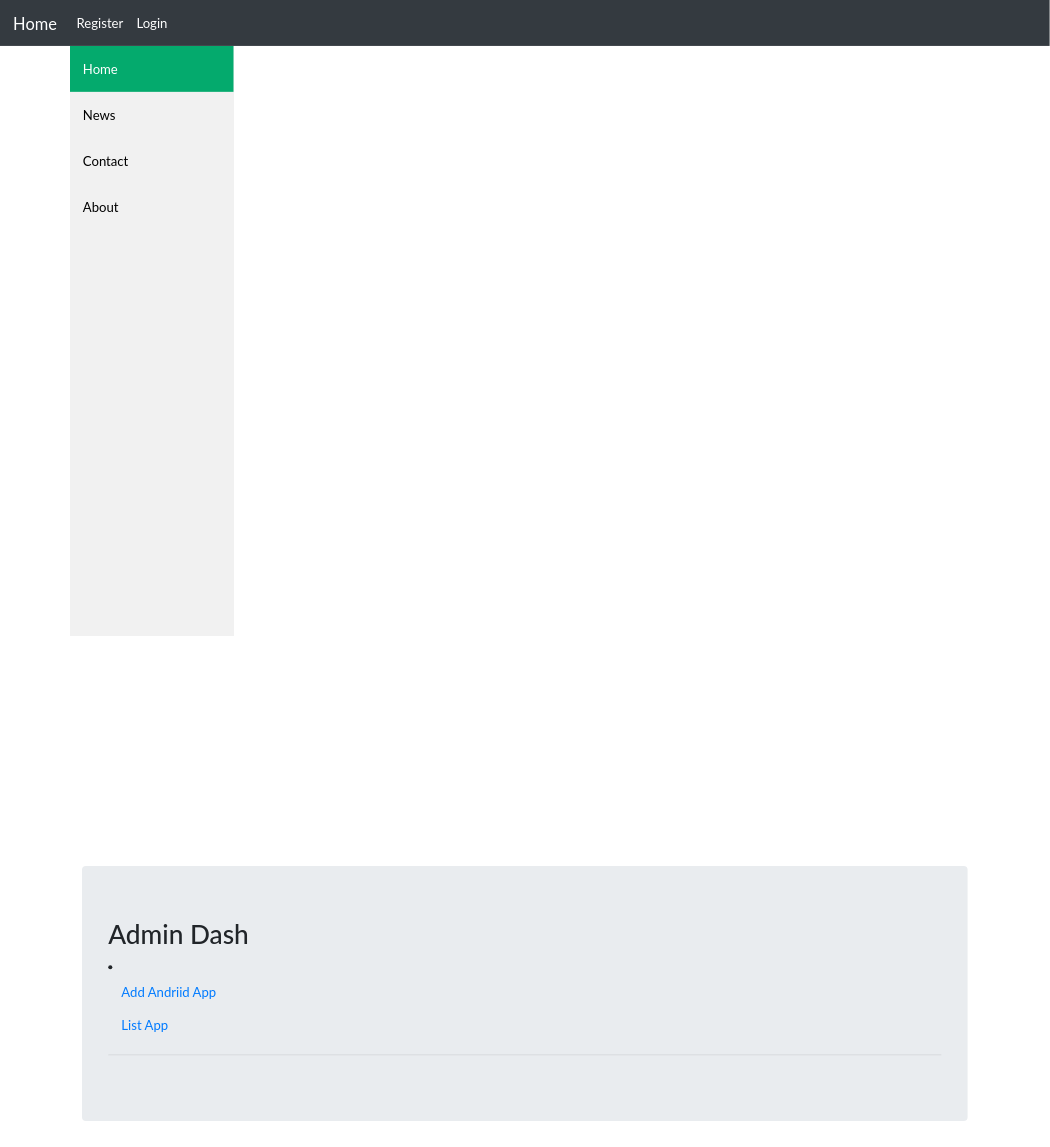
Repository: prabhat8701/nextgrowth_lab_task-main
Page: http://localhost/adminDash/
The author's editor kept a copy of each file at every save. The page is drawn from the files as they stood at one save, then again after a run of saves.
The browser window is 1280 px wide. The pictures show the whole page, at 82% of full size.
The page is served by the project's application, run on Django 4.2 (manage.py). Other server files are loaded and not shown.

Above is the page before, as saved 2023-07-31 18:13:58.

### nextgrowAi/SET_2/next_project/templates/gradesApp/adminDash.html
{% extends 'gradesApp/base1.html' %}
{% block body_block %}
<style>
    body {
      margin: 0;
      font-family: "Lato", sans-serif;
    }

    .sidebar {
      margin: 0;
      padding: 0;
      width: 200px;
      background-color: #f1f1f1;
      position: fixed;
      height: 100%;
      overflow: auto;
    }

    .sidebar a {
      display: block;
      color: black;
      padding: 16px;
      text-decoration: none;
    }

    .sidebar a.active {
      background-color: #04AA6D;
      color: white;
    }

    .sidebar a:hover:not(.active) {
      background-color: #555;
      color: white;
    }

    div.content {
      margin-left: 200px;
      padding: 1px 16px;
      height: 1000px;
    }

    @media screen and (max-width: 700px) {
      .sidebar {
        width: 100%;
        height: auto;
        position: relative;
      }
      .sidebar a {float: left;}
      div.content {margin-left: 0;}
    }

    @media screen and (max-width: 400px) {
      .sidebar a {
        text-align: center;
        float: none;
      }
    }
</style>

<body>

    <div class="sidebar">
      <a class="active" href="#home">Home</a>
      <a href="#news">News</a>
      <a href="#contact">Contact</a>
      <a href="#about">About</a>
    </div>

    <div class="content">

    </div>

    </body>

<div class="container">
    <div class="jumbotron">
        <h2>Admin Dash</h2>
        <li class="nav-item active">
            <a class="nav-link" href="{% url 'add_android_app' %}">Add Andriid App</a>
            <a class="nav-link" href="{% url 'app_list' %}">List App</a>

        </li>
        <hr>
    </div>
</div>


{% endblock %}

### nextgrowAi/SET_2/next_project/templates/gradesApp/base1.html
<!DOCTYPE html>
<html lang="en">
<head>
    <meta charset="UTF-8">
    <meta name="viewport" content="width=device-width, initial-scale=1.0">
    <meta http-equiv="X-UA-Compatible" content="ie=edge">
    <title>myGrades</title>
    <link rel="stylesheet" href="https://stackpath.bootstrapcdn.com/bootstrap/4.3.1/css/bootstrap.min.css" integrity="sha384-ggOyR0iXCbMQv3Xipma34MD+dH/1fQ784/j6cY/iJTQUOhcWr7x9JvoRxT2MZw1T" crossorigin="anonymous">
</head>
<body>
    <nav class="navbar navbar-expand-sm navbar-dark bg-dark">
        <a class="navbar-brand" href="{% url 'index' %}">Home</a>
        <button class="navbar-toggler d-lg-none" type="button" data-toggle="collapse" data-target="#collapsibleNavId" aria-controls="collapsibleNavId"
            aria-expanded="false" aria-label="Toggle navigation"></button>
        <div class="collapse navbar-collapse" id="collapsibleNavId">
            <ul class="navbar-nav mr-auto mt-2 mt-lg-0">
                <li class="nav-item active">
                    <!-- <a class="nav-link" href="{% url "admin:index" %}">Admin</a> -->
                </li>
                <li class="nav-item active">
                    <a class="nav-link" href="{% url 'register' %}" role="button">Register</a>

                </li>
                {% if user.is_authenticated %}
                    <!-- <li class="nav-item active">
                        <a class="nav-link" href="{% url 'dashboard' %}">Dashboard</a>

                    </li> -->
                    <li class="nav-item active">
                        <a class="nav-link" href="{% url 'logout' %}">Logout</a>
                    </li>
                {% else %}
                    <li class="nav-item active">

                        <a class="nav-link" href="{% url 'userLogin' %}">Login</a>

                    </li>
                {% endif %}

            </ul>

        </div>
    </nav>
    <div class="container">
        {% block body_block %}
        {% endblock %}
    </div>
</body>
</html>

### nextgrowAi/SET_2/next_project/next_app/views.py
from django.shortcuts import render

# Create your views here.
from django.shortcuts import render

# Create your views here.
from django.shortcuts import render,redirect
from next_app.forms import Admin_User_Form,Common_User_Form,Admin_User_AddForm,Common_User_AddForm,AndroidAppForm
from django.http import HttpResponse,HttpResponseRedirect
from django.contrib.auth.decorators import login_required
from django.urls import reverse
from django.contrib.auth import authenticate,login,logout
from next_app.models import Admin_User,Common_User,AndroidApp
from django.contrib.auth.models import User

# Create your views here.

def index(request):
    return render(request,'gradesApp/index.html')


@login_required
def userLogout(request):
    logout(request)
    return HttpResponseRedirect(reverse('index'))


def register(request):
    return render(request,'gradesApp/register.html')

def registeradmin(request):
    registered=False
    if request.method=='POST':
        var_adminForm=Admin_User_Form(request.POST)
        var_adminAddForm=Admin_User_AddForm(request.POST)
        if var_adminForm.is_valid()and var_adminAddForm.is_valid():
            adminprimary=var_adminForm.save()
            adminprimary.set_password(adminprimary.password)
            adminprimary.save()
            adminAdd=var_adminAddForm.save(commit=False)
            adminAdd.admin_user=adminprimary
            adminAdd.save()
            registered=True
    else:
        var_adminForm=Admin_User_Form()
        var_adminAddForm=Admin_User_AddForm()
    data={
        'var_adminForm':var_adminForm,
        'var_adminAddForm':var_adminAddForm,
        'registered':registered
        }
    return render(request,'gradesApp/registeradmin.html',data)


def registeruser(request):
    registered=False
    if request.method=='POST':
        var_userForm=Common_User_Form(request.POST)
        var_userAddForm=Common_User_AddForm(request.POST)
        if var_userForm.is_valid()and var_userAddForm.is_valid():
            userprimary=var_userForm.save()
            userprimary.set_password(userprimary.password)
            userprimary.save()
            userAdd=var_userAddForm.save(commit=False)
            userAdd.common_user=userprimary
            userAdd.save()
            registered=True
    else:
        var_userForm=Common_User_Form()
        var_userAddForm=Common_User_AddForm()
    data={
        'var_userForm':var_userForm,
        'var_userAddForm':var_userAddForm,
        'registered':registered}
    return render(request,'gradesApp/registeruser.html',data)

def userLogin(request):
    invalidlogin=False
    if request.method=='POST':
        username=request.POST.get('username')
        password=request.POST.get('password')
        user=authenticate(username=username,password=password)
        if user:
            if user.is_active:
                login(request,user)
                return HttpResponseRedirect(reverse('index'))
            else:
                return HttpResponse('Account not active')
        else:
            invalidlogin=True
            return redirect('/gradesApp/login/')
    else:
        return render(request,'gradesApp/login.html',{'invalidlogin':invalidlogin})


# from django.shortcuts import render, redirect
# from .models import Admin_User, Common_User
# from django.contrib.auth.decorators import login_required

@login_required
def dashboard(request):
    print("request",request.user)
    try:
        current=Admin_User.objects.get(admin_user=request.user)
        print("current",current)
        is_admin_user = True
    except Admin_User.DoesNotExist:
        current=Common_User.objects.get(common_user=request.user)
        print("current",current)
        is_admin_user = False

    if is_admin_user:
        return redirect('/adminDash/')
    else:
        return redirect('/userDash/')
    return render(request,'gradesApp/dashboard.html')




from django.shortcuts import render, redirect
from .models import Admin_User, Common_User
from django.contrib.auth.decorators import login_required


# @login_required
# def dashboard(request):
#     print("request", request.user)
#     try:
#         # Try to fetch the Admin_User object for the current user
#         current = Admin_User.objects.get(admin_user=request.user)
#         is_admin_user = True
#     except Admin_User.DoesNotExist:
#         # If Admin_User object is not found, try fetching Common_User object
#         try:
#             current = Common_User.objects.get(common_user=request.user)
#             is_admin_user = False
#         except Common_User.DoesNotExist:
#             # If neither Admin_User nor Common_User object is found, handle the situation here
#             # For example, you might want to redirect to a page showing an error message
#             return render(request, 'gradesApp/error.html')

    # if is_admin_user:
    #     return redirect('/studentDash/')
    # else:
    #     return redirect('/teacherDash/')




def adminDash(request):
    return render(request,'gradesApp/adminDash.html')

def userDash(request):
    return render(request,'gradesApp/userDash.html')

def add_android_app(request):
    if request.method == 'POST':
        print("f1")

        # form = AndroidAppForm(request.POST)
        form = AndroidAppForm(request.POST, request.FILES)
        print("f12")
        if form.is_valid():
            print("f3")
            form.save()
            return redirect('app_list')
    else:
        print("f")
        form = AndroidAppForm()
    return render(request, 'gradesApp/add_android_app.html', {'form': form})

from django.contrib.auth.decorators import login_required

# @login_required
def app_list(request):
    apps = AndroidApp.objects.all()
    return render(request, 'gradesApp/app_list.html', {'apps': apps})

from django.shortcuts import render, get_object_or_404
def app_detail(request, app_id):
    app = get_object_or_404(AndroidApp, id=app_id)
    return render(request, 'gradesApp/app_detail.html', {'app': app})



# views.py

# from django.shortcuts import render, redirect
from .forms import TaskScreenshotForm

def add_task_screenshot(request):
    if request.method == 'POST':
        form = TaskScreenshotForm(request.POST, request.FILES)
        if form.is_valid():
            form.instance.user = request.user  # Assign the current user to the 'user' field
            form.save()
            return redirect('app_list')  # Replace 'app_list' with the URL name of your app list page
    else:
        form = TaskScreenshotForm()
    return render(request, 'gradesApp/add_task.html', {'form': form})  # Replace 'your_template.html' with your desired template name

### nextgrowAi/SET_2/next_project/next_project/urls.py
"""next_project URL Configuration

The `urlpatterns` list routes URLs to views. For more information please see:
    https://docs.djangoproject.com/en/4.1/topics/http/urls/
Examples:
Function views
    1. Add an import:  from my_app import views
    2. Add a URL to urlpatterns:  path('', views.home, name='home')
Class-based views
    1. Add an import:  from other_app.views import Home
    2. Add a URL to urlpatterns:  path('', Home.as_view(), name='home')
Including another URLconf
    1. Import the include() function: from django.urls import include, path
    2. Add a URL to urlpatterns:  path('blog/', include('blog.urls'))
"""
from django.contrib import admin
from django.urls import path,include
from next_app import views
from django.conf import settings
from django.conf.urls.static import static

urlpatterns = [
    path('next_app/',include('next_app.urls')),
    path('',views.index,name='index'),
    path('admin/', admin.site.urls),
    path('logout/',views.userLogout,name='logout'),
    path('adminDash/',views.adminDash,name='adminDash'),
    path('userDash/',views.userDash,name='userDash'),
]
if settings.DEBUG:
    urlpatterns += static(settings.MEDIA_URL, document_root=settings.MEDIA_ROOT)

### nextgrowAi/SET_2/next_project/next_app/urls.py
from django.urls import path
from next_app import views

# app_name='gradesApp'

urlpatterns = [
    path('',views.index,name='index'),
    path('register/',views.register,name='register'),

    path('registeradmin/',views.registeradmin,name='registeradmin'),
    path('registeruser/',views.registeruser,name='registeruser'),

    path('login/',views.userLogin,name='userLogin'),
    path('dashboard',views.dashboard,name='dashboard'),

    path('add_android_app/', views.add_android_app, name='add_android_app'),
    path('app_list/', views.app_list, name='app_list'),
    path('app_detail/<int:app_id>/', views.app_detail, name='app_detail'),
    path('add_task_screenshot/', views.add_task_screenshot, name='add_task_screenshot'),
]

After the next 2 saves:
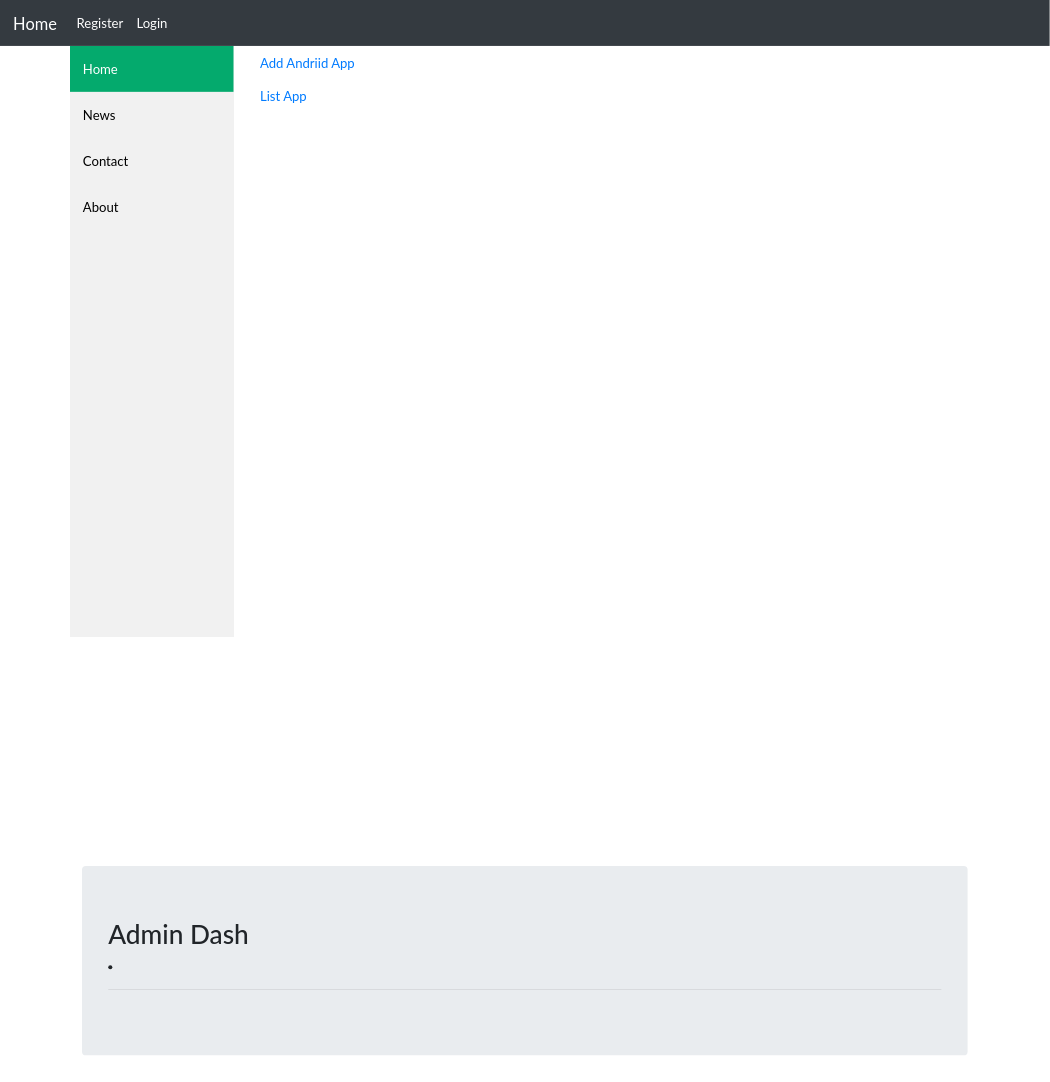
The 2 saves are shown as one change because they came seconds apart.
The last was saved 8 s later.
--- a/nextgrowAi/SET_2/next_project/templates/gradesApp/adminDash.html
+++ b/nextgrowAi/SET_2/next_project/templates/gradesApp/adminDash.html
@@ -67,6 +67,8 @@
     </div>
 
     <div class="content">
+        <a class="nav-link" href="{% url 'add_android_app' %}">Add Andriid App</a>
+        <a class="nav-link" href="{% url 'app_list' %}">List App</a>
 
     </div>
 
@@ -76,8 +78,7 @@
     <div class="jumbotron">
         <h2>Admin Dash</h2>
         <li class="nav-item active">
-            <a class="nav-link" href="{% url 'add_android_app' %}">Add Andriid App</a>
-            <a class="nav-link" href="{% url 'app_list' %}">List App</a>
+
 
         </li>
         <hr>
